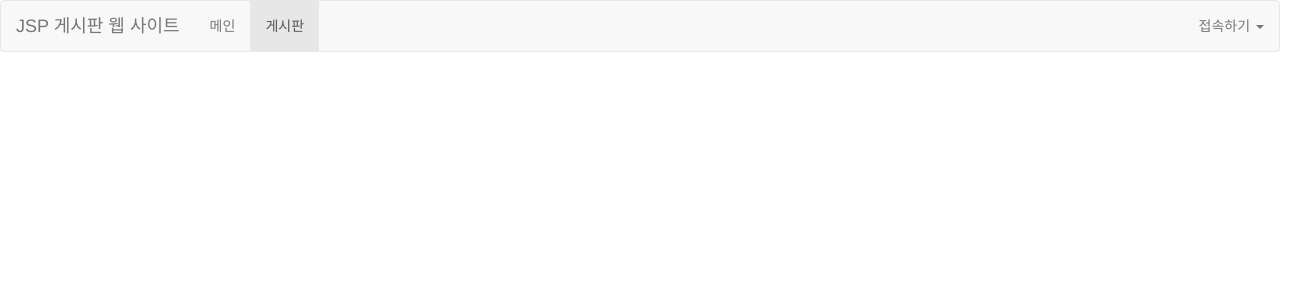
Repository: GorillaDunk/JSP
Page: http://localhost/BBS/bbs.jsp
These files come from the project's save history. The page is drawn as it stood at one moment and after the next save; the edit follows.
The browser window is 1280 px wide. The page is 1280 px wide, then 1295 px, so the pictures cover 1295 px, including what lies to the right of the window. The pictures show the whole page.
Some web libraries are served in a nearby version. The page is served by Tomcat 9.

Above is the page before, as saved 2023-10-14 11:37:44.

After the next save:
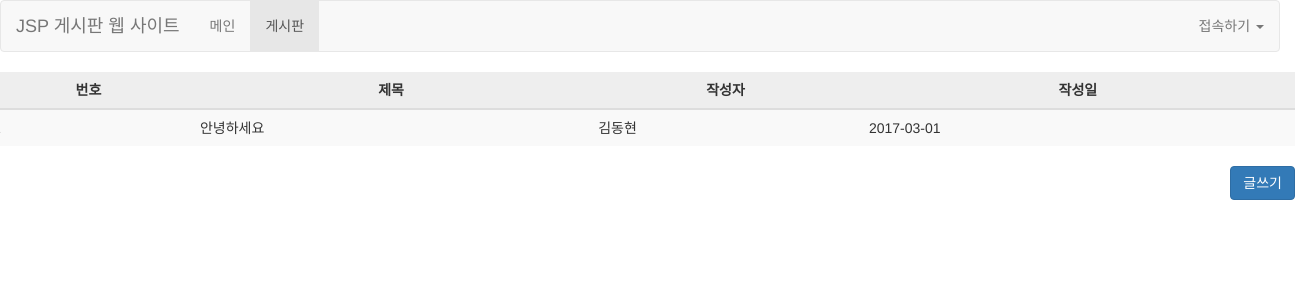
Saved 4 min 56 s later.
--- a/projects/BBS/src/main/webapp/bbs.jsp
+++ b/projects/BBS/src/main/webapp/bbs.jsp
@@ -72,8 +72,30 @@
 		</div>
 	</nav>
 
+	<div class="cotainer">
+		<div class="row">
+			<table class="table table-striped" style="text-align: center, border: 1px solid #dddddd">
+			<thead>
+				<tr>
+					<th style="background-color:#eeeeee; text-align: center;">번호 </th>
+					<th style="background-color:#eeeeee; text-align: center;">제목 </th>
+					<th style="background-color:#eeeeee; text-align: center;">작성자 </th>
+					<th style="background-color:#eeeeee; text-align: center;">작성일</th>
+				</tr>
+			</thead>
 
-
+			<tbody>
+				<tr>
+					<td>1</td>
+					<td>안녕하세요</td>
+					<td>김동현</td>
+					<td>2017-03-01</td>
+				</tr>
+			</tbody>
+			</table>
+			<a href="write.jsp" class="btn btn-primary pull-right"> 글쓰기 </a>
+		</div>
+	</div>
 
 	<script src="https://code.jquery.com/jquery-3.1.1.min.js"></script>
 	<script src="js/bootstrap.js"></script>
